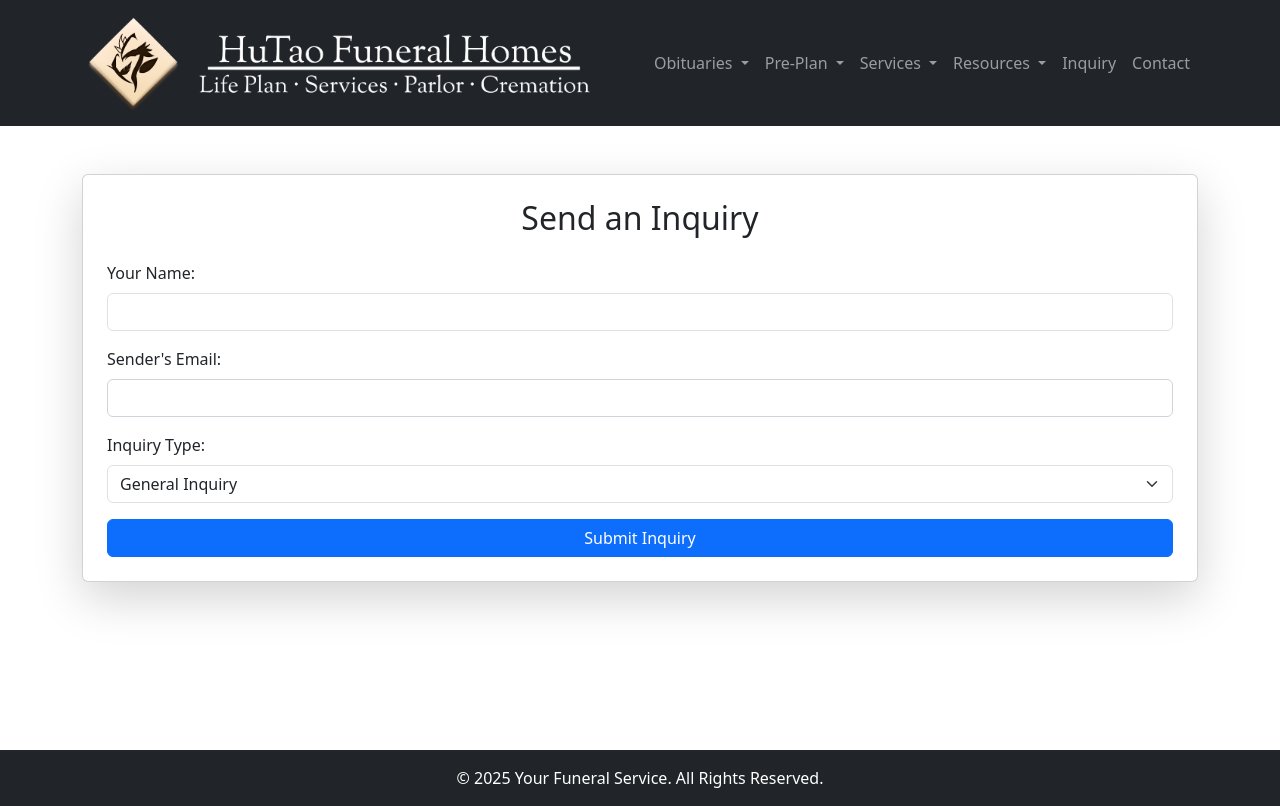
Repository: Jamil-cyber-hash/INSANITY
Page: http://localhost/inquiry.php
These files come from the project's save history. The page is drawn as it stood at one moment and after the next save; the edit follows.
The browser window is 1280 px wide. The pictures show the whole page.
The page is run by PHP 8.4 with error messages shown; the project is at /var/www/html/.

Above is the page before, as saved 2025-03-24 00:08:45.
Console error: TypeError: Cannot read properties of null (reading 'addEventListener')

After the next save:
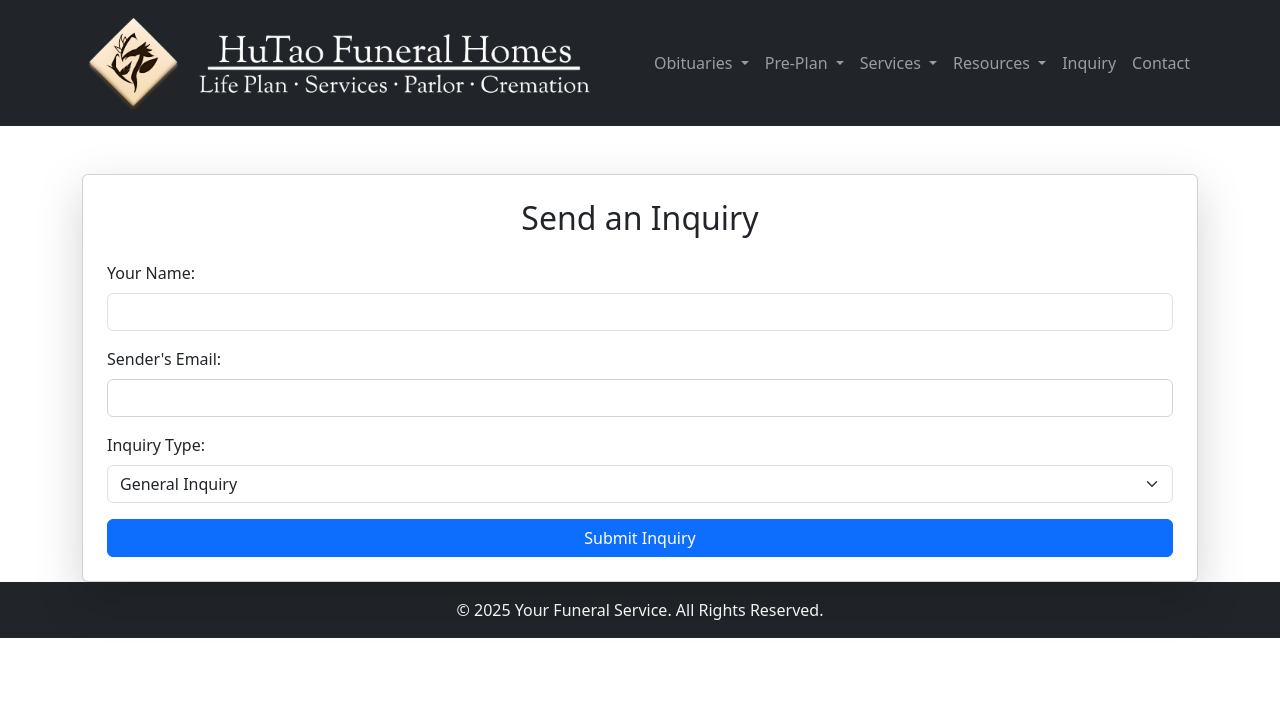
Saved 12 min 42 s later.
--- a/inquiry.php
+++ b/inquiry.php
@@ -119,13 +119,7 @@
 </div>
 
 <script src="https://cdn.jsdelivr.net/npm/bootstrap@5.3.0/dist/js/bootstrap.bundle.min.js"></script>
-<br>
-<br>
-<br>
-<br>
-<br>
-<br>
-<br>
+
 <?php include 'footer.php'; ?>
 
 </body>
